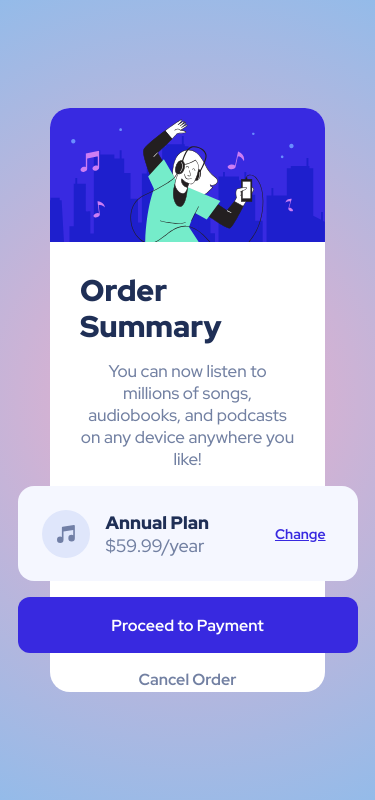
Repository: KamoliddinGIT/order-summary-card
Page: index.html
The author's editor kept a copy of each file at every save. The page is drawn from the files as they stood at one save, then again after a run of saves.
The browser window is 375 px wide. The pictures show the whole page.

Above is the page before, as saved 2023-09-13 11:14:30.

After the next 2 saves:
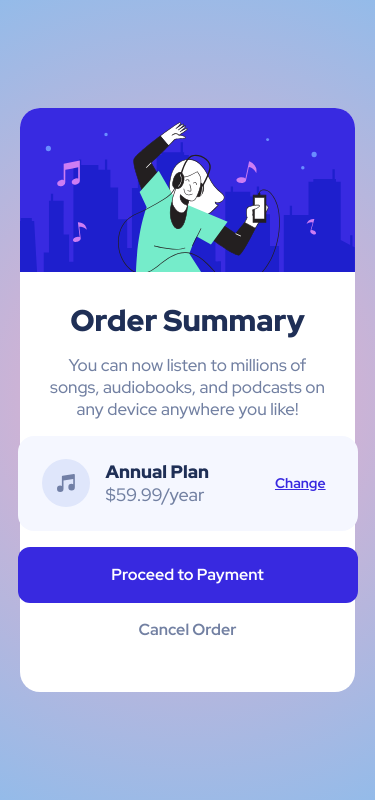
The 2 saves are shown as one change because they came seconds apart.
The last was saved 37 s later.
--- a/css/style.css
+++ b/css/style.css
@@ -127,10 +127,9 @@
 
 @media only screen and (max-width: 400px) {
   body {
-    padding: 50px 50px;
+    padding: 20px;
   }
   .container {
-    margin: 30px;
     max-width: 400px;
     width: 100%;
   }
